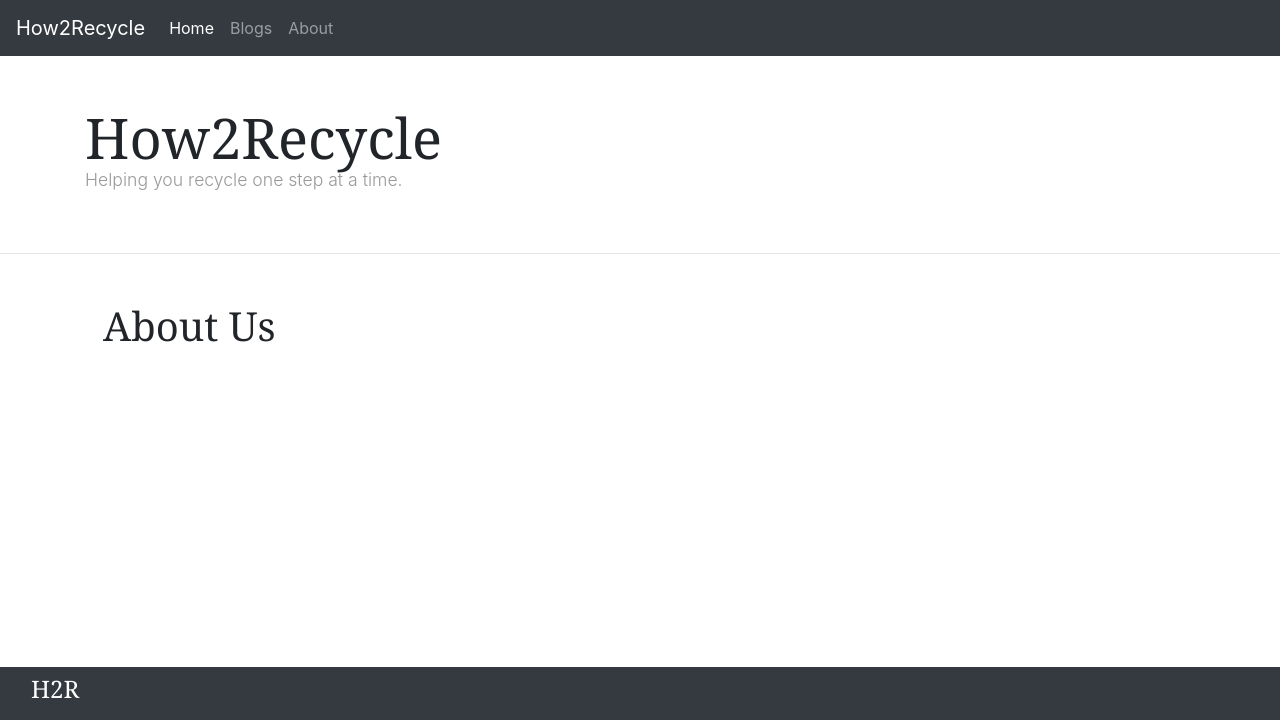
Repository: AshokSasi/CopyNPasta-Recycle-App
Page: http://localhost/about
The author's editor kept a copy of each file at every save. The page is drawn from the files as they stood at one save, then again after the next save.
The browser window is 1280 px wide. The pictures show the whole page.
The page is served by the project's Laravel application, run on PHP 8.4 with Laravel 8. Other server files are loaded and not shown.

Above is the page before, as saved 2021-09-25 16:08:54.

### routes/web.php
<?php


Route::get('/','ItemsController@index');

Route::get('/home/{item}','ItemsController@show');

Route::get('/about',function(){
    return view ('about');
});

Route::get('/posts/index','PostsController@index');

Route::get('/posts/create','PostsController@create');

Route::post('/posts','PostsController@store');


Route::get('/posts/{post}','PostsController@show');

Route::post('/posts/{post}/comments','CommentsController@store');

### resources/views/about.blade.php
@extends('layouts.master')

@section('content')
<h1>About Us</h1>
@endsection

### resources/views/layouts/master.blade.php

<!doctype html>
<html lang="en">
  <head>
    <meta charset="utf-8">
    <meta name="viewport" content="width=device-width, initial-scale=1, shrink-to-fit=no">
    <meta name="description" content="">
    <meta name="author" content="">
    <link rel="icon" href="/docs/4.0/assets/img/favicons/favicon.ico">

    <title>The Bootstrap Blog</title>

    <link rel="canonical" href="https://getbootstrap.com/docs/4.0/examples/album/">

    <!-- Bootstrap core CSS -->
    <link rel="stylesheet" href="https://maxcdn.bootstrapcdn.com/bootstrap/4.0.0/css/bootstrap.min.css"
    integrity="sha384-Gn5384xqQ1aoWXA+058RXPxPg6fy4IWvTNh0E263XmFcJlSAwiGgFAW/dAiS6JXm" crossorigin="anonymous">

    <!-- Custom styles for this template -->
    <link href="/css/app.css" rel="stylesheet">
  </head>

  <body>

    <header>


    @include('layouts.nav')


    </header>

<div class="container p-3 p-md-5">
  <div class="row">
    @yield('content')

  </div>

</div>
@include('layouts.footer')

    <!-- Bootstrap core JavaScript
    ================================================== -->
    <!-- Placed at the end of the document so the pages load faster -->

  </body>
</html>

### resources/views/layouts/nav.blade.php
<nav class="navbar navbar-expand-lg navbar-dark bg-dark">
  <a class="navbar-brand" href="/">How2Recycle</a>
  <button class="navbar-toggler" type="button" data-toggle="collapse" data-target="#navbarSupportedContent" aria-controls="navbarSupportedContent" aria-expanded="false" aria-label="Toggle navigation">
    <span class="navbar-toggler-icon"></span>
  </button>

  <div class="collapse navbar-collapse" id="navbarSupportedContent">
    <ul class="navbar-nav mr-auto">
      <li class="nav-item active">
        <a class="nav-link" href="/">Home <span class="sr-only">(current)</span></a>
      </li>
      <li class="nav-item">
        <a class="nav-link" href="/posts/index">Blogs</a>
      </li>
      <li class="nav-item">
        <a class="nav-link" href="/about">About</a>
      </li>


    </ul>

  </div>
</nav>

<div class="blog-header p-3 p-md-5">
  <div class="container">
    <h1 class="blog-title">How2Recycle</h1>
    <p class="lead blog-description">Helping you recycle one step at a time.</p>
  </div>
</div>

### resources/views/layouts/footer.blade.php
<nav class="navbar fixed-bottom navbar-dark bg-dark footer">
  <div class="container-fluid ">
    <h4 class="white-text">H2R</h4>
  </div>
</nav>

### public/css/app.css
/* stylelint-disable selector-list-comma-newline-after */

.blog-header {
    line-height: 1;
    border-bottom: 1px solid #e5e5e5;
  }

  .blog-header-logo {
    font-family: "Playfair Display", Georgia, "Times New Roman", serif;
    font-size: 2.25rem;
  }

  .blog-header-logo:hover {
    text-decoration: none;
  }

  h1,
  h2,
  h3,
  h4,
  h5,
  h6 {
    font-family: "Playfair Display", Georgia, "Times New Roman", serif;
  }

  .display-4 {
    font-size: 2.5rem;
  }

  @media (min-width: 768px) {
    .display-4 {
      font-size: 3rem;
    }
  }

  .nav-scroller {
    position: relative;
    z-index: 2;
    height: 2.75rem;
    overflow-y: hidden;
  }

  .nav-scroller .nav {
    display: -webkit-box;
    display: -ms-flexbox;
    display: flex;
    -ms-flex-wrap: nowrap;
    flex-wrap: nowrap;
    padding-bottom: 1rem;
    margin-top: -1px;
    overflow-x: auto;
    text-align: center;
    white-space: nowrap;
    -webkit-overflow-scrolling: touch;
  }

  .nav-scroller .nav-link {
    padding-top: .75rem;
    padding-bottom: .75rem;
    font-size: .875rem;
  }

  .card-img-right {
    height: 100%;
    border-radius: 0 3px 3px 0;
  }

  .flex-auto {
    -ms-flex: 0 0 auto;
    -webkit-box-flex: 0;
    flex: 0 0 auto;
  }

  .h-250 {
    height: 250px;
  }

  @media (min-width: 768px) {
    .h-md-250 {
      height: 250px;
    }
  }

  .border-top {
    border-top: 1px solid #e5e5e5;
  }

  .border-bottom {
    border-bottom: 1px solid #e5e5e5;
  }

  .box-shadow {
    -webkit-box-shadow: 0 0.25rem 0.75rem rgba(0, 0, 0, 0.05);
            box-shadow: 0 0.25rem 0.75rem rgba(0, 0, 0, 0.05);
  }

  /*
     * Blog name and description
     */

  .blog-title {
    margin-bottom: 0;
    font-size: 2rem;
    font-weight: 400;
  }

  .blog-description {
    font-size: 1.1rem;
    color: #999;
  }

  @media (min-width: 40em) {
    .blog-title {
      font-size: 3.5rem;
    }
  }

  /* Pagination */

  .blog-pagination {
    margin-bottom: 4rem;
  }

  .blog-pagination > .btn {
    border-radius: 2rem;
  }

  /*
     * Blog posts
     */

  .blog-post {
    margin-bottom: 4rem;
  }

  .blog-post-title {
    margin-bottom: .25rem;
    font-size: 2.5rem;
  }

  .blog-post-meta {
    margin-bottom: 1.25rem;
    color: #999;
  }

  /*
     * Footer
     */

  .blog-footer {
    padding: 2.5rem 0;
    color: #999;
    text-align: center;
    background-color: #f9f9f9;
    border-top: .05rem solid #e5e5e5;
  }

  .blog-footer p:last-child {
    margin-bottom: 0;
  }

/* stylelint-disable selector-list-comma-newline-after */

.blog-header {
    line-height: 1;
    border-bottom: 1px solid #e5e5e5;
  }

  .blog-header-logo {
    font-family: "Playfair Display", Georgia, "Times New Roman", serif;
    font-size: 2.25rem;
  }

  .blog-header-logo:hover {
    text-decoration: none;
  }

  h1,
  h2,
  h3,
  h4,
  h5,
  h6 {
    font-family: "Playfair Display", Georgia, "Times New Roman", serif;
  }

  .display-4 {
    font-size: 2.5rem;
  }

  @media (min-width: 768px) {
    .display-4 {
      font-size: 3rem;
    }
  }

  .nav-scroller {
    position: relative;
    z-index: 2;
    height: 2.75rem;
    overflow-y: hidden;
  }

  .nav-scroller .nav {
    display: -webkit-box;
    display: -ms-flexbox;
    display: flex;
    -ms-flex-wrap: nowrap;
    flex-wrap: nowrap;
    padding-bottom: 1rem;
    margin-top: -1px;
    overflow-x: auto;
    text-align: center;
    white-space: nowrap;
    -webkit-overflow-scrolling: touch;
  }

  .nav-scroller .nav-link {
    padding-top: .75rem;
    padding-bottom: .75rem;
    font-size: .875rem;
  }

  .card-img-right {
    height: 100%;
    border-radius: 0 3px 3px 0;
  }

  .flex-auto {
    -ms-flex: 0 0 auto;
    -webkit-box-flex: 0;
    flex: 0 0 auto;
  }

  .h-250 {
    height: 250px;
  }

  @media (min-width: 768px) {
    .h-md-250 {
      height: 250px;
    }
  }

  .border-top {
    border-top: 1px solid #e5e5e5;
  }

  .border-bottom {
    border-bottom: 1px solid #e5e5e5;
  }

  .box-shadow {
    -webkit-box-shadow: 0 0.25rem 0.75rem rgba(0, 0, 0, 0.05);
            box-shadow: 0 0.25rem 0.75rem rgba(0, 0, 0, 0.05);
  }

  /*
     * Blog name and description
     */

  .blog-title {
    margin-bottom: 0;
    font-size: 2rem;
    font-weight: 400;
  }

  .blog-description {
    font-size: 1.1rem;
    color: #999;
  }

  @media (min-width: 40em) {
    .blog-title {
      font-size: 3.5rem;
    }
  }

  /* Pagination */

  .blog-pagination {
    margin-bottom: 4rem;
  }

  .blog-pagination > .btn {
    border-radius: 2rem;
  }

  /*
     * Blog posts
     */

  .blog-post {
    margin-bottom: 4rem;
  }

  .blog-post-title {
    margin-bottom: .25rem;
    font-size: 2.5rem;
  }

  .blog-post-meta {
    margin-bottom: 1.25rem;
    color: #999;
  }

  /*
     * Footer
     */

  .blog-footer {
    padding: 2.5rem 0;
    color: #999;
    text-align: center;
    background-color: #f9f9f9;
    border-top: .05rem solid #e5e5e5;
  }

  .blog-footer p:last-child {
    margin-bottom: 0;
  }
  .red-text{
    color:red;
  }
  .white-text{
    color:white;
  }

  /* ============================================================================================== */

After the next save:
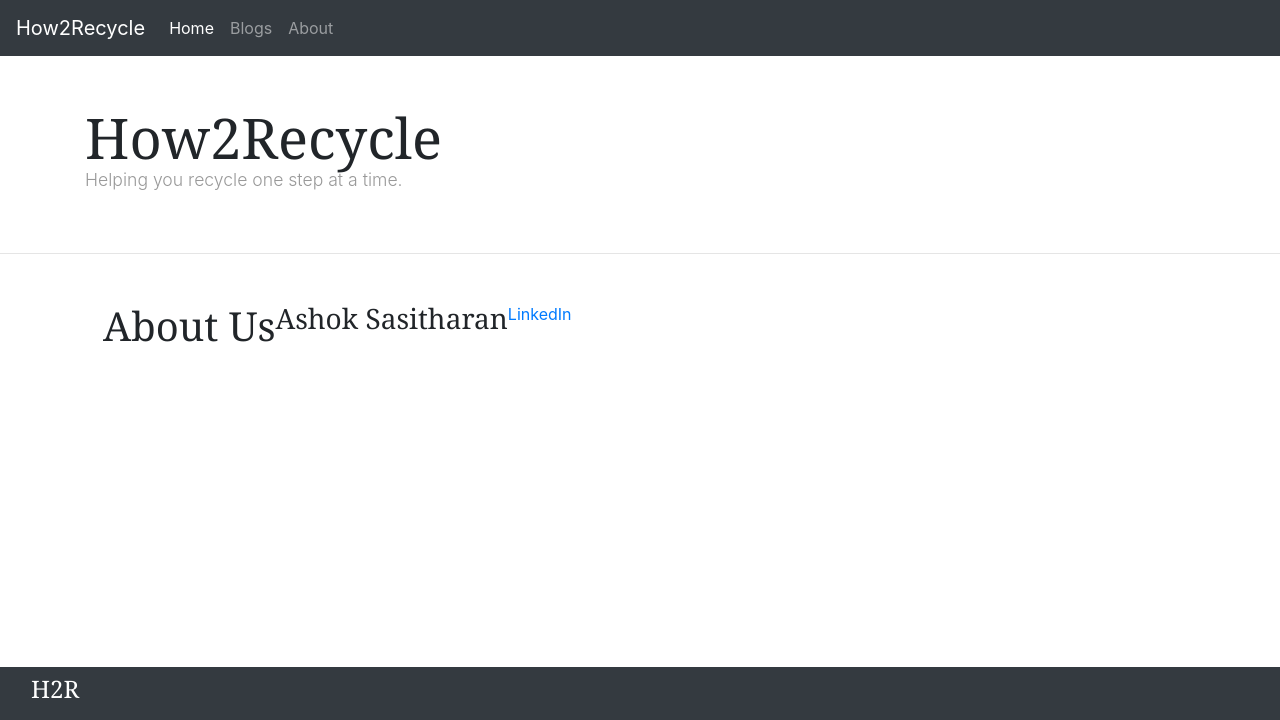
Saved 99 s later.
--- a/resources/views/about.blade.php
+++ b/resources/views/about.blade.php
@@ -2,4 +2,6 @@
 
 @section('content')
 <h1>About Us</h1>
+<h3>Ashok Sasitharan</h3>
+<a href="https://www.linkedin.com/in/ashok-sasitharan/">LinkedIn</a>
 @endsection
